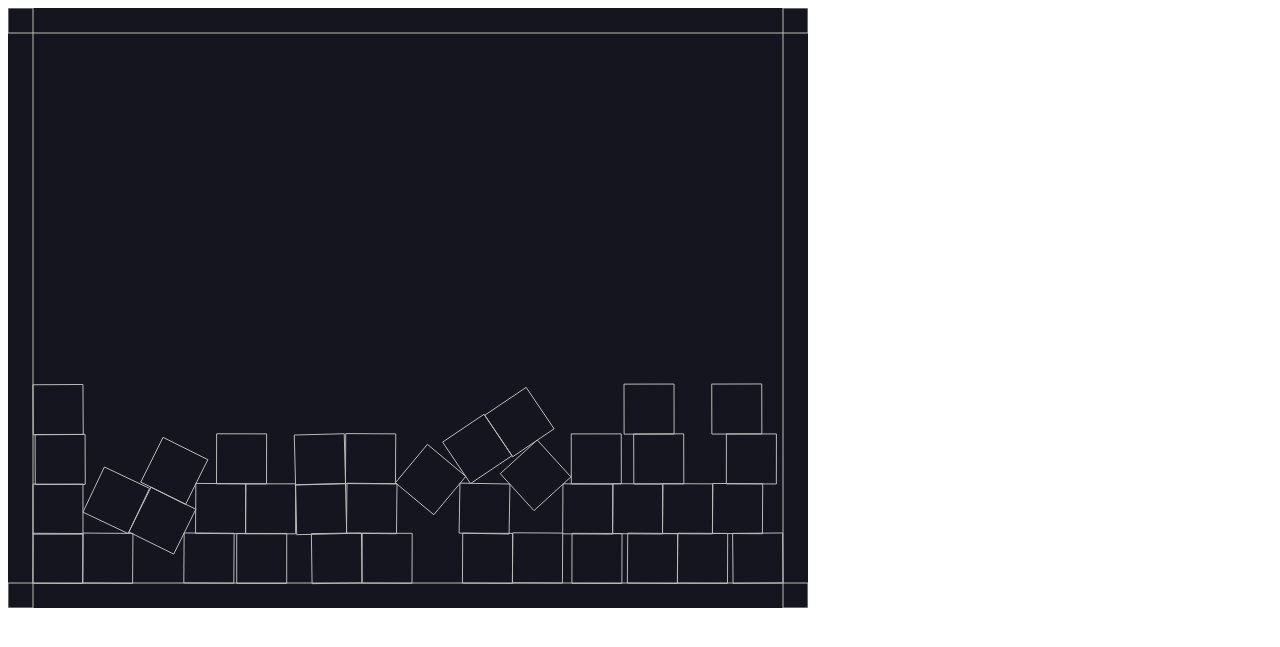
Repository: Sbethm/maze-runner
Page: index.html
These files come from the project's save history. The page is drawn as it stood at one moment and after the next save; the edit follows.
The browser window is 1280 px wide. The pictures show the whole page.
Some web libraries are served in a nearby version.

Above is the page before, as saved 2021-10-01 16:22:13.

After the next save:
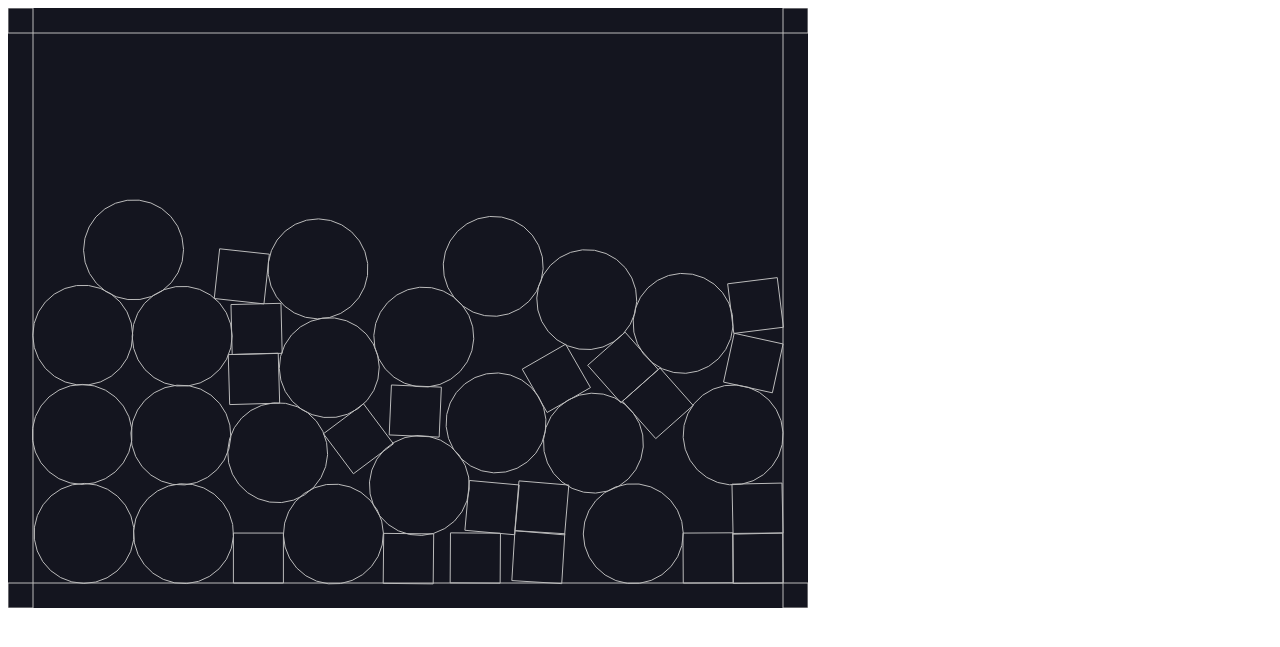
Saved 4 s later.
--- a/app.js
+++ b/app.js
@@ -23,7 +23,7 @@ World.add(world, MouseConstraint.create(engine, {
 //====== Random Shapes
 for(let i = 0; i < 20; i++) {
     World.add(world, Bodies.rectangle(Math.random() * width, Math.random() * height, 50, 50));
-    World.add(world, Bodies.rectangle(Math.random() * width, Math.random() * height, 50, 50));
+    World.add(world, Bodies.circle(Math.random() * width, Math.random() * height, 50, 50));
 }
 
 //====== Walls
